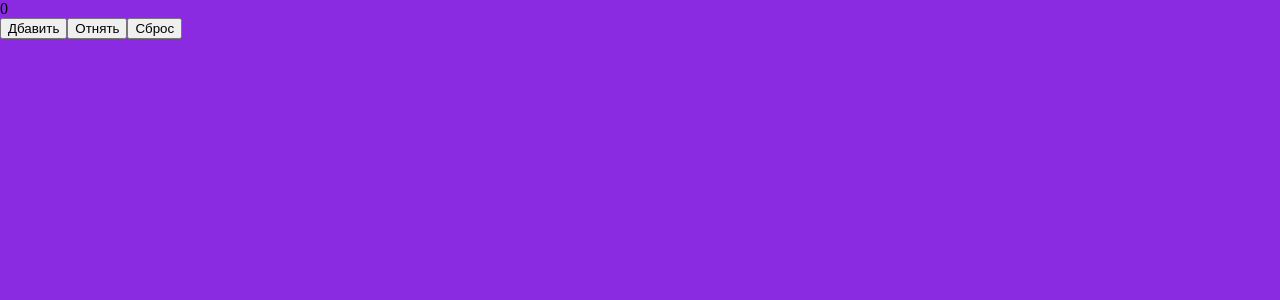
Repository: Denzoll/redux-toolkit-counter
Page: /
These files come from the project's save history. The page is drawn as it stood at one moment and after the next save; the edit follows.
The browser window is 1280 px wide. The pictures show the whole page.
The project was rebuilt for these pictures with package versions that can differ from the ones it lists, and the page was loaded fresh each time. Also part of the build but not shown: src/index.css.

Above is the page before, as saved 2022-06-27 13:27:02.

After the next save:
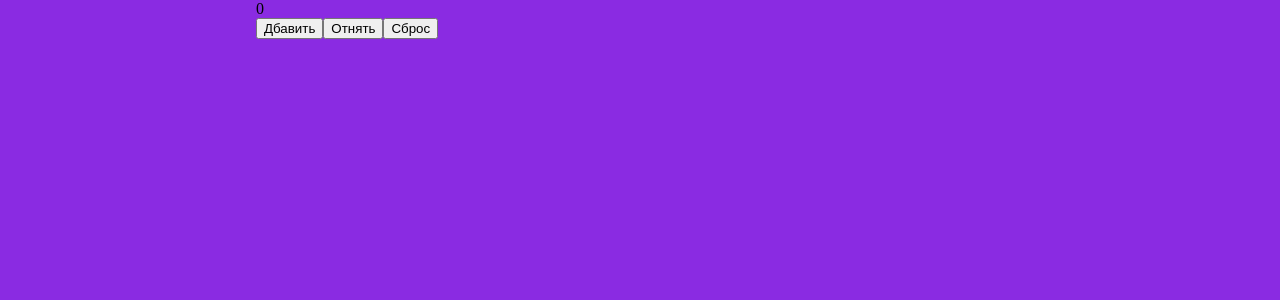
Saved 7 s later.
--- a/src/App.css
+++ b/src/App.css
@@ -1,7 +1,7 @@
 body {
   background-color: blueviolet;
   margin:0 auto;
-  width: 100%;
+  width: 60%;
 }
 .cont {
 
